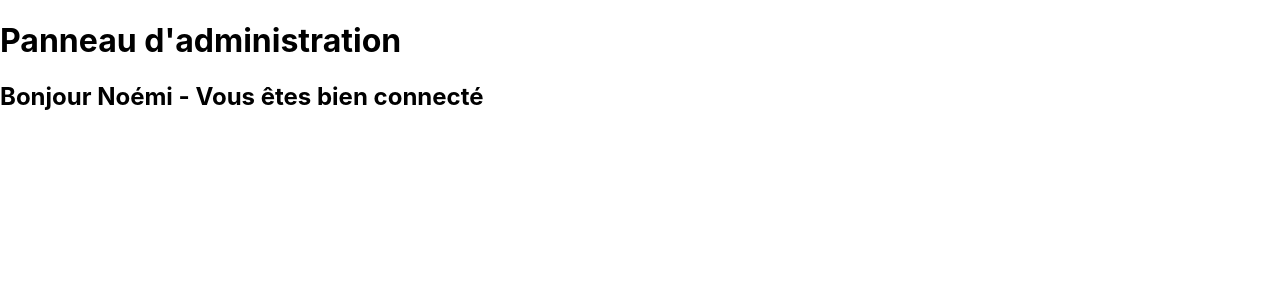
Repository: noeminihoul/testunitaire
Page: /
An editor plug-in stored every save of this project. The page is shown before and after the next save, followed by the edit.
The browser window is 1280 px wide. The pictures show the whole page.
The project was rebuilt for these pictures with package versions that can differ from the ones it lists, and the page was loaded fresh each time. Also part of the build but not shown: src/App.css.

Above is the page before, as saved 2023-05-31 19:04:07.

After the next save:
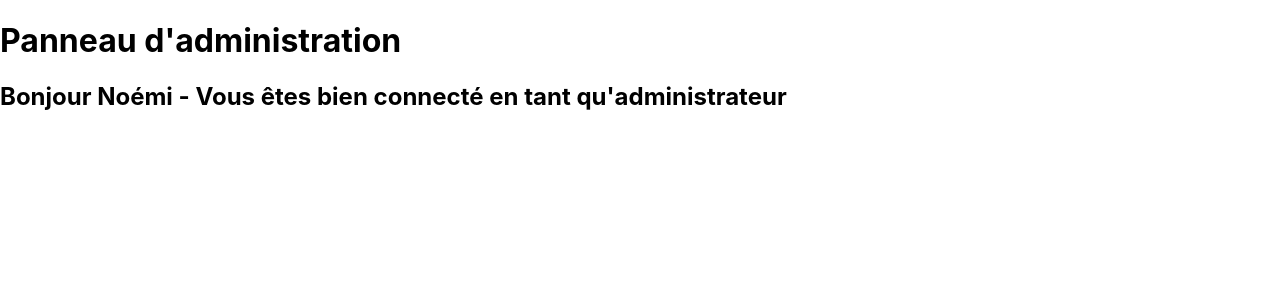
Saved 47 s later.
--- a/src/App.js
+++ b/src/App.js
@@ -5,7 +5,7 @@ function App() {
   return (
     <div>
       <h1>Panneau d'administration</h1>
-      <h2>Bonjour Noémi - Vous êtes bien connecté</h2>
+      <h2>Bonjour Noémi - Vous êtes bien connecté en tant qu'administrateur</h2>
     </div>
   );
 }
